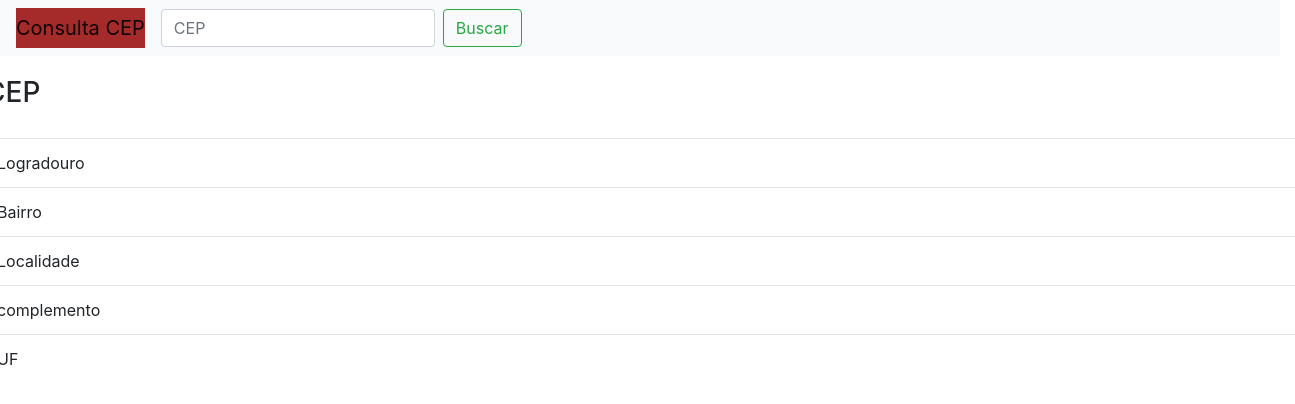
Repository: DaniloBaracho/jquery
Page: index.html
These files come from the project's save history. The page is drawn as it stood at one moment and after the next save; the edit follows.
The browser window is 1280 px wide. The page is 1295 px wide, then 1280 px, so the pictures cover 1295 px, including what lies to the right of the window. The pictures show the whole page.

Above is the page before, as saved 2020-06-19 18:44:41.

### index.html
<!DOCTYPE html>
<html lang="pt-br">
    <head>
        <meta charset="utf-8"/>
        <title>
            Página AJAX
        </title>
        <script type="text/javascript" src="js/jquery-3.5.1.min.js"></script>
        <script type="text/javascript" src="js/main.js"></script>
        <link rel="stylesheet" type="text/css" href="bootstrap/css/bootstrap.min.css">
        <link rel="stylesheet" type="text/css" href="js/mystyle.css">
    </head>
    <body>
       <!---- <input id="cep">
        <button type="button" onclick="ConsultaCep()">Consultar cep</button>
        <p id="logradouro"></p>
        <p id="bairro"></p>
        <p id="uf"></p>
        <p id="localidade"></p>-->
        <nav class="navbar navbar-expand-lg navbar-light bg-light">
            <a class="text-custom navbar-brand">Consulta CEP</a>
              <div class="form-inline my-2 my-lg-0">
                <input class="form-control mr-sm-2" placeholder="CEP" type="search" id="cep2">
                <button class="btn btn-outline-success my-2 my-sm-0" onclick="ConsultaCep2()">Buscar</button>
              </div>

          </nav>
          <div class="orgtable" style="margin-top: 20px;">
              <div class="row">
                <h3>CEP</h3>
              </div>
              <div class="row" style="margin-top: 20px;">
                  <table class="table">
                    <tbody>
                        <tr>
                            <td>
                               Logradouro
                            </td>
                            <td id="logradouro">

                            </td>
                        </tr>
                        <tr>
                            <td>
                                Bairro
                            </td>
                            <td id="bairro">

                            </td>
                        </tr>
                        <tr>
                            <td>
                                Localidade
                            </td>
                            <td id="localidade">

                            </td>
                        </tr>
                        <tr>
                            <td>
                                complemento
                            </td>
                            <td id="complemento">

                            </td>
                        </tr>
                        <tr>
                            <td>UF</td>
                            <td id="uf"></td>
                        </tr>

                    </tbody>
                  </table>
              </div>
          </div>
    </body>
</html>

### js/main.js
//alert("funcionou");
function ConsultaCep(){
    var cep= document.getElementById("cep").value
    $.ajax({
        url:"https://viacep.com.br/ws/"+cep+"/json/",
        type: "GET",
        success: function(response){
            console.log(response);
            //alert(response.logradouro);
            $("#logradouro").html(response.logradouro);
            //document.getElementById("logradouro").innerHTML = response.logradouro;
            document.getElementById("bairro").innerHTML = response.bairro;
            document.getElementById("uf").innerHTML = response.uf;
            document.getElementById("localidade").innerHTML = response.localidade;
        }
    })
}
function ConsultaCep2(){
    var cep2= document.getElementById("cep2").value
    $.ajax({
        url:"https://viacep.com.br/ws/"+cep2+"/json/",
        type: "GET",
        success: function(response){
            console.log(response);
            $("#logradouro").html(response.logradouro);
            $("#complemento").html(response.complemento);
            $("#uf").html(response.uf);
            $("#localidade").html(response.localidade);
            $("#bairro").html(response.bairro);
            //alert(response.logradouro);

            //document.getElementById("logradouro").innerHTML = response.logradouro;

        }
    })
}

### js/mystyle.css
.text-custom{
    text-decoration-color: red;
    background-color:brown;
}

Loaded but not shown: js/jquery-3.5.1.min.js (library); bootstrap/css/bootstrap.min.css (library)

After the next save:
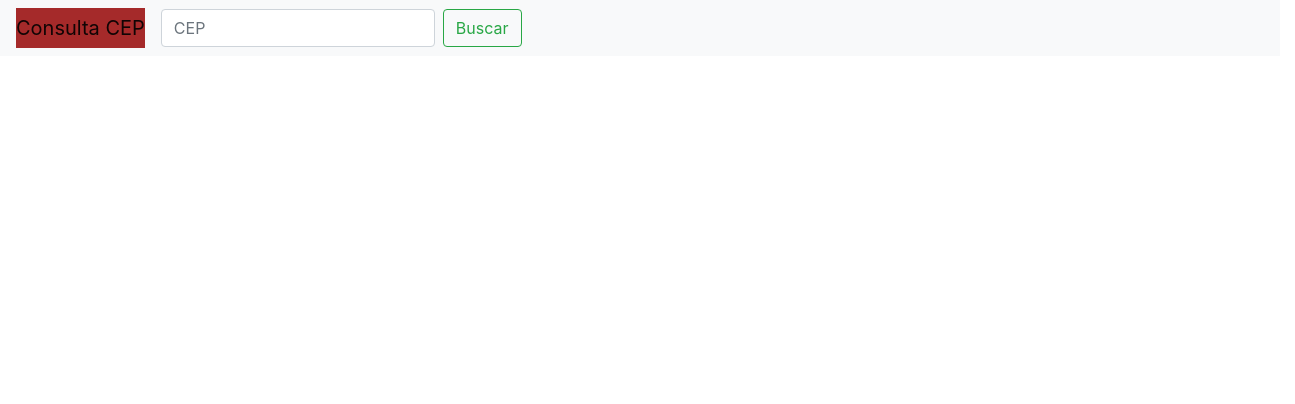
Saved 4 min 59 s later.
--- a/index.html
+++ b/index.html
@@ -25,7 +25,7 @@
               </div>
 
           </nav>
-          <div class="orgtable" style="margin-top: 20px;">
+          <div class="orgtable cep" style="margin-top: 20px;">
               <div class="row">
                 <h3>CEP</h3>
               </div>
--- a/js/main.js
+++ b/js/main.js
@@ -34,3 +34,6 @@ function ConsultaCep2(){
         }
     })
 }
+$(function(){
+    $(".cep").hide();
+});
